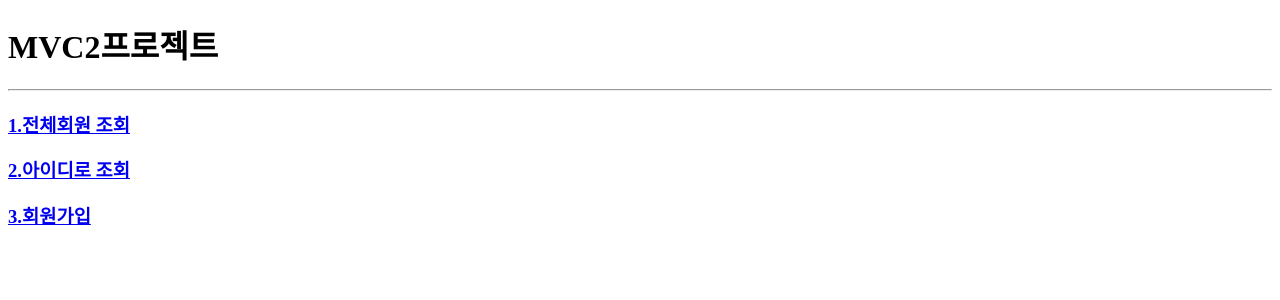
Repository: ParkHyeonju12/servlet
Page: http://localhost/06_mvc2Project/
The author's editor kept a copy of each file at every save. The page is drawn from the files as they stood at one save, then again after the next save.
The browser window is 1280 px wide. The pictures show the whole page.
The page is served by Tomcat 9. Other server files are loaded and not shown.

Above is the page before, as saved 2022-08-30 08:50:27.

### web-workspace/06_mvc2Project/src/main/webapp/index.jsp
<%@ page language="java" contentType="text/html; charset=UTF-8"
    pageEncoding="UTF-8"%>
<!DOCTYPE html>
<html>
<head>
<meta charset="UTF-8">
<title>Insert title here</title>
</head>
<body>
	<h1>MVC2프로젝트</h1>
	<hr>
	<h3><a href="/jsp/allMember.jsp">1.전체회원 조회</a></h3>
	<h3><a href="/jsp/searchFrm.jsp">2.아이디로 조회</a></h3>
	<h3><a href="/jsp/joinFrm.jsp">3.회원가입</a></h3>
</body>
</html>

After the next save:
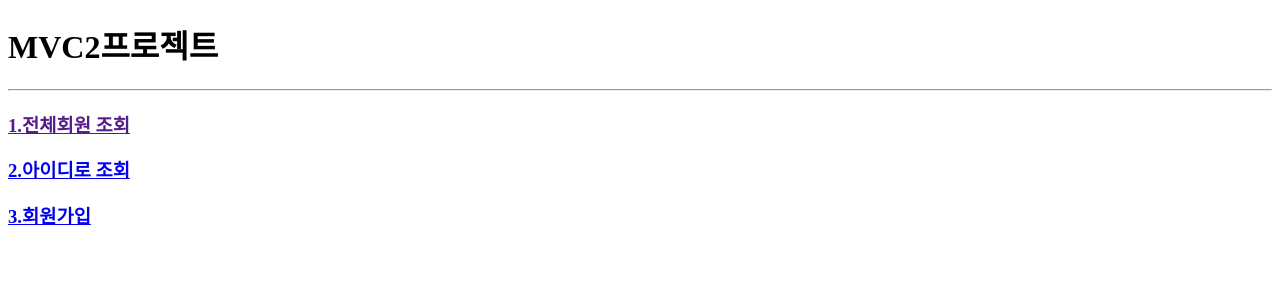
Saved 2 min 4 s later.
--- a/web-workspace/06_mvc2Project/src/main/webapp/index.jsp
+++ b/web-workspace/06_mvc2Project/src/main/webapp/index.jsp
@@ -9,7 +9,7 @@
 <body>
 	<h1>MVC2프로젝트</h1>
 	<hr>
-	<h3><a href="/jsp/allMember.jsp">1.전체회원 조회</a></h3>
+	<h3><a href="">1.전체회원 조회</a></h3>
 	<h3><a href="/jsp/searchFrm.jsp">2.아이디로 조회</a></h3>
 	<h3><a href="/jsp/joinFrm.jsp">3.회원가입</a></h3>
 </body>
